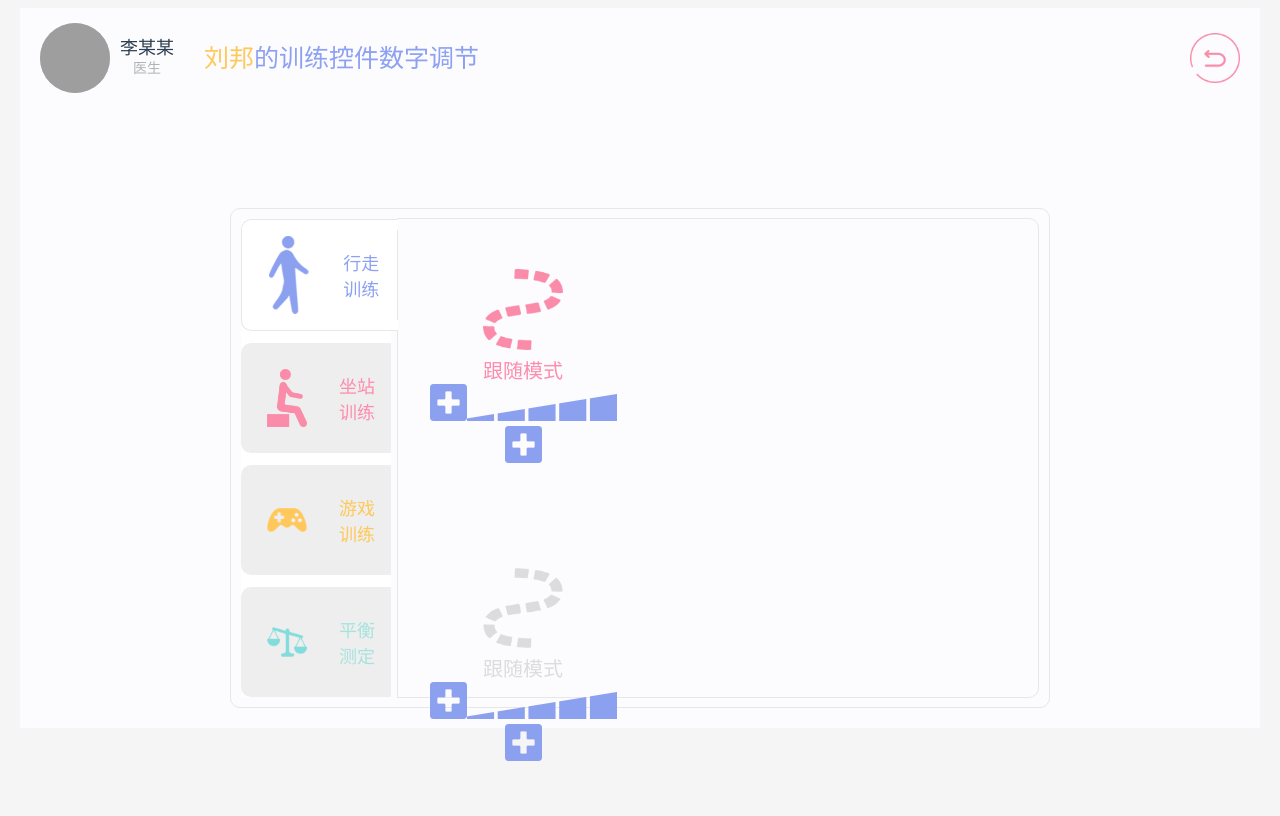
Repository: wangdanqing90/electron-vue-doctor
Page: /#/trainingAdjust
These files come from the project's save history. The page is drawn as it stood at one moment and after a run of saves; the edit follows.
The browser window is 1280 px wide. The pictures show the whole page.
Pictures or frames that could not be fetched are drawn as grey boxes. The project was rebuilt for these pictures with package versions that can differ from the ones it lists, and the page was loaded fresh each time. Also part of the build but not shown: vue.config.js, src/views/Home.vue, src/assets/styles/variable.scss, src/assets/styles/iconfont.css.

Above is the page before, as saved 2020-01-15 11:02:12.

### public/index.html
<!DOCTYPE html>
<html lang="en">
  <head>
    <meta charset="utf-8">
    <meta http-equiv="X-UA-Compatible" content="IE=edge">
    <meta name="viewport" content="width=device-width,initial-scale=1.0">
    <link rel="icon" href="<%= BASE_URL %>favicon.ico">
    <title>electron-vue-demo</title>
  </head>
  <body>
    <noscript>
      <strong>We're sorry but electron-vue-demo doesn't work properly without JavaScript enabled. Please enable it to continue.</strong>
    </noscript>
    <div id="app"></div>
    <!-- built files will be auto injected -->
  </body>
</html>

### src/main.js
import Vue from 'vue'
import ElementUI from 'element-ui';
import 'element-ui/lib/theme-chalk/index.css';
import App from './App.vue'
import router from './router'
import store from './store'


import './assets/styles/variable.scss';
import './assets/styles/base.scss';
import './assets/styles/common.scss';
import './assets/styles/iconfont.css';
import common from './assets/js/common.js';


Vue.config.productionTip = false;
Vue.prototype.common = common;
Vue.use(ElementUI);


var vm = new Vue({
  router,
  store,
  render: h => h(App)
}).$mount('#app')





//var addon = require('bindings')('hello');var addon = require('bindings')('hello');
//alert(addon.hello()); // 'world'

### src/App.vue
<template>
  <div id="app">
    <!-- <div id="nav">
      <router-link to="/">Home</router-link> |
      <router-link to="/about">About</router-link>
    </div>-->
    <keep-alive>
      <router-view v-if="$route.meta.keepAlive"></router-view>
    </keep-alive>
    <router-view v-if="!$route.meta.keepAlive"></router-view>
  </div>
</template>

<style lang="scss">
#app {
  font-family: "Avenir", Helvetica, Arial, sans-serif;
  -webkit-font-smoothing: antialiased;
  -moz-osx-font-smoothing: grayscale;
  text-align: center;
  color: #2c3e50;
  height: 100%;
}
#nav {
  padding: 30px;
  a {
    font-weight: bold;
    color: #2c3e50;
    &.router-link-exact-active {
      color: #42b983;
    }
  }
}
</style>

### src/assets/styles/base.scss
html {
  background: #f5f5f5;
  height: 100%;
}

body {
  height: 100%;
}

p {
  margin: 0;
  padding: 0;
}

ol,
ul {
  list-style: none;
  margin: 0;
  padding: 0;
}

a {
  cursor: pointer;
}

.wrap-white {
  background: #fff;
  padding-left: 20px;
  padding-right: 20px;
  overflow: hidden;

}

.el-breadcrumb {
  margin-bottom: 15px;
}

.el-titleText {
  font-size: 20px;
  color: black;
  height: 64px;
  line-height: 64px;
}

//::-webkit-scrollbar {
//  width: 5px;
//  height: 5px;
//}
//
//::-webkit-scrollbar:horizontal {
//  height: 15px;
//}
//
//::-webkit-scrollbar-track-piece:vertical {
//  background-color: rgba(0, 0, 0, 0.2);
//  -webkit-border-radius: 6px;
//}
//
//::-webkit-scrollbar-track:horizontal {
//  background-color: rgba(0, 0, 0, 0.2);
//}
//
//::-webkit-scrollbar-thumb:vertical {
//  height: 5px;
//  background-color: rgba(125, 125, 125, 0.7);
//  -webkit-border-radius: 6px;
//}
//
//::-webkit-scrollbar-thumb:horizontal {
//  width: 5px;
//  background-color: rgba(125, 125, 125, 0.7);
//}

input[type="text"],
input[type="number"] {
  //-webkit-appearance: none;
  background-color: #fff;
  border-radius: 4px;
  border: 1px solid #d8dce5;
  box-sizing: border-box;
  color: #5a5e66;
  display: inline-block;
  font-size: inherit;
  height: 40px;
  line-height: 1;
  outline: 0;
  padding: 0 15px;
  -webkit-transition: border-color .2s cubic-bezier(.645, .045, .355, 1);
  transition: border-color .2s cubic-bezier(.645, .045, .355, 1);
  width: 100%;

  &:hover {
    border-color: #b4bccc;
  }

  &:focus {
    border-color: #409EFF;
    outline: 0;
  }
}

/*滚动条*/
::-webkit-scrollbar {
  -webkit-appearance: none;
}

::-webkit-scrollbar:vertical {
  width: 10px;
}

::-webkit-scrollbar:horizontal {
  height: 10px;
}

::-webkit-scrollbar-thumb {
  background-color: rgba(0, 0, 0, .5);
  border-radius: 10px;
  border: 2px solid #ffffff;
}

::-webkit-scrollbar-track {
  border-radius: 10px;
  background-color: #ffffff;
}

/*margin*/
.margin-bottom-240 {
  margin-bottom: 240px;
}

.margin-top--10 {
  margin-top: -10px;
}

.margin-top--15 {
  margin-top: -15px;
}

.margin-top--18 {
  margin-top: -18px;
}

.margin-top--20 {
  margin-top: -20px;
}

.margin-top--40 {
  margin-top: -40px;
}

.margin-top--60 {
  margin-top: -60px;
}

.margin-top--80 {
  margin-top: -80px;
}

.margin-top--180 {
  margin-top: -180px;
}

.margin-top-0 {
  margin-top: 0px !important;
}

.margin-top-10 {
  margin-top: 10px;
}

.margin-top-15 {
  margin-top: 15px;
}

.margin-top-20 {
  margin-top: 20px;
}

.margin-top-25 {
  margin-top: 25px;
}

.margin-top-30 {
  margin-top: 30px;
}

.margin-top-35 {
  margin-top: 35px;
}

.margin-top-40 {
  margin-top: 40px;
}

.margin-top-46 {
  margin-top: 46px;
}

.margin-top-50 {
  margin-top: 50px;
}

.margin-top-60 {
  margin-top: 60px;
}

.margin-top-70 {
  margin-top: 70px;
}

.margin-top-80 {
  margin-top: 80px;
}

.margin-top-100 {
  margin-top: 100px;
}

.margin-bottom-0 {
  margin-bottom: 0px !important;
}

.margin-bottom-5 {
  margin-bottom: 5px;
}

.margin-bottom-10 {
  margin-bottom: 20px;
}

.margin-bottom-20 {
  margin-bottom: 20px;
}

.margin-bottom-25 {
  margin-bottom: 25px;
}

.margin-bottom-30 {
  margin-bottom: 30px;
}

.margin-bottom-40 {
  margin-bottom: 40px;
}

.margin-bottom-50 {
  margin-bottom: 50px;
}

.margin-bottom-60 {
  margin-bottom: 60px;
}

.margin-bottom-70 {
  margin-bottom: 70px;
}

.margin-left-0 {
  margin-left: 0px !important;
}

.margin-left-5 {
  margin-left: 5px;
}

.margin-left--15 {
  margin-left: -15px;
}

.margin-left--35 {
  margin-left: -35px;
}

.margin-left-10 {
  margin-left: 10px;
}

.margin-left-25 {
  margin-left: 25px;
}

.margin-left-30 {
  margin-left: 30px;
}

.margin-left-40 {
  margin-left: 40px;
}

.margin-right-0 {
  margin-right: 0px;
}

.margin-right-5 {
  margin-right: 5px;
}

.margin-right-10 {
  margin-right: 10px;
}

.margin-right-30 {
  margin-right: 30px;
}


.margin-right--15 {
  margin-right: -15px;
}

.margin-right--35 {
  margin-right: -35px;
}

.margin-right--50 {
  margin-right: -50px;
}

.margin-0 {
  margin: 0px;
}

.padding-top-5 {
  padding-top: 5px;
}

.padding-top-10 {
  padding-top: 10px;
}

.padding-top-15 {
  padding-top: 15px;
}

.padding-top-20 {
  padding-top: 20px;
}

.padding-top-26 {
  padding-top: 26px;
}

.padding-top-30 {
  padding-top: 30px;
}

.padding-top-35 {
  padding-top: 35px;
}

.padding-top-40 {
  padding-top: 40px;
}

.padding-top-60 {
  padding-top: 60px;
}

.padding-top-70 {
  padding-top: 70px;
}

.padding-top-100 {
  padding-top: 100px;
}

.padding-top-150 {
  padding-top: 150px;
}

.padding-top-250 {
  padding-top: 250px;
}

.padding-left-0 {
  padding-left: 0px;
}

.padding-left-5 {
  padding-left: 5px;
}

.padding-left-7 {
  padding-left: 7.5px;
}

.padding-left-10 {
  padding-left: 10px;
}

.padding-left-12 {
  padding-left: 12px;
}

.padding-left-15 {
  padding-left: 15px;
}

.padding-left-20 {
  padding-left: 20px;
}

.padding-left-24 {
  padding-left: 24px;
}

.padding-left-30 {
  padding-left: 30px;
}

.padding-left-40 {
  padding-left: 40px;
}

.padding-left-50 {
  padding-left: 50px;
}

.padding-left-70 {
  padding-left: 70px;
}

.padding-left-90 {
  padding-left: 90px;
}

.padding-bottom-5 {
  padding-bottom: 5px;
}

.padding-bottom-10 {
  padding-bottom: 10px;
}

.padding-bottom-20 {
  padding-bottom: 20px;
}

.padding-bottom-26 {
  padding-bottom: 26px;
}

.padding-bottom-30 {
  padding-bottom: 30px;
}

.padding-bottom-40 {
  padding-bottom: 40px;
}

.padding-bottom-50 {
  padding-bottom: 50px;
}

.padding-bottom-60 {
  padding-bottom: 60px;
}

.padding-bottom-100 {
  padding-bottom: 100px;
}

.padding-right-0 {
  padding-right: 0px;
}

.padding-right-7 {
  padding-right: 7.5px;
}

.padding-right-15 {
  padding-right: 15px;
}

.padding-right-30 {
  padding-right: 30px;
}

.padding-right-40 {
  padding-right: 40px;
}

.padding-right-50 {
  padding-right: 50px;
}

.padding-right-60 {
  padding-right: 60px;
}

.padding-right-90 {
  padding-right: 90px;
}

.padding-0 {
  padding: 0px !important;
}

.padding-15 {
  padding: 15px;
}

.padding-20 {
  padding: 20px;
}

@media (min-width: 992px) {
  .margin-left-15 {
    margin-left: 15px;
  }

  .margin-right-15 {
    margin-right: 15px;
  }
}

body {
  font-size: 12px;
  color: #7F8FA4;
  font-family: "Helvetica Neue", Helvetica, "PingFang SC", "Hiragino Sans GB", "Microsoft YaHei", "微软雅黑", Arial, sans-serif;
  box-sizing: border-box;
}

.container {
  width: 1200px;
  min-height: 100%;
  margin: 0 auto;
  background: #fcfcfe;
  padding: 0 20px;
}

.el-dialog__body {
  font-size: 12px;
}

.pb10 {
  padding-bottom: 10px;
}

.pb30 {
  padding-bottom: 30px;
}

.mb30 {
  margin-bottom: 30px;
}

.toolbar {
  background: #fff;
  padding: 10px;
  margin: 10px 0px;
  text-align: center;
}

.handleMoreWrap .el-dialog__body {
  padding: 10px;
}

.handleMore-title {
  text-align: center;
  padding-bottom: 6px;
}

.handleMoreHeight {
  max-height: 300px;
  overflow: hidden;
  overflow-y: auto;
  border-top: 1px solid #ddd;
  padding-top: 10px;
}

.el-table__header th {
  white-space: nowrap;
  font-size: 12px;
  font-weight: 100;
}

.content-wrapper {
  -webkit-overflow-scrolling: touch;
}

.center {
  text-align: center;
}

.text-right {
  text-align: right;
}

.text-left {
  text-align: left;
}

.f-left {
  float: left;
}

.f-right {
  float: right;
}

.hand {
  cursor: pointer;
}

/*flex兼容*/
.display_flex {
  display: -webkit-box;
  display: -ms-flexbox;
  display: -webkit-flex;
  display: flex;
}

// .display_flex>* {
//   display: block;
// }

.display_inline-flex {
  display: -webkit-inline-box;
  display: -ms-inline-flexbox;
  display: -webkit-inline-flex;
  display: inline-flex;
}

// .display_inline-flex>* {
//   display: block;
// }

/*伸缩流方向*/
.flex-direction_column {
  -webkit-box-orient: vertical;
  -ms-flex-direction: column;
  -webkit-flex-direction: column;
  flex-direction: column;
}

/*主轴对齐*/
.justify-content_flex-center {
  -webkit-box-pack: center;
  -ms-flex-pack: center;
  -webkit-justify-content: center;
  justify-content: center;
}

.justify-content_flex-start {
  -webkit-box-pack: start;
  -ms-flex-pack: start;
  -webkit-justify-content: flex-start;
  justify-content: flex-start;
}

.justify-content_flex-end {
  -webkit-box-pack: end;
  -ms-flex-pack: end;
  -webkit-justify-content: flex-end;
  justify-content: flex-end;
}

.justify-content_flex-justify {
  -webkit-box-pack: justify;
  -ms-flex-pack: justify;
  -webkit-justify-content: space-between;
  justify-content: space-between;
}

.justify-content_flex-around {
  -webkit-box-pack: justify;
  -ms-flex-pack: justify;
  -webkit-justify-content: space-around;
  justify-content: space-around;
}

/*侧轴对齐*/
.align-items_flex-start {
  -webkit-box-align: start;
  -ms-flex-align: start;
  -webkit-align-items: flex-start;
  align-items: flex-start;
}

.align-items_flex-end {
  -webkit-box-align: end;
  -ms-flex-align: end;
  -webkit-align-items: flex-end;
  align-items: flex-end;
}

.align-items_center {
  -webkit-box-align: center;
  -ms-flex-align: center;
  -webkit-align-items: center;
  align-items: center;
}

.align-items_baseline {
  -webkit-box-align: baseline;
  -ms-flex-align: baseline;
  -webkit-align-items: baseline;
  align-items: baseline;
}

/*伸缩性*/
.flex_auto {
  -webkit-box-flex: 1;
  -ms-flex: auto;
  -webkit-flex: auto;
  flex: auto;
}

.flex_1 {
  width: 0;
  -webkit-box-flex: 1;
  -ms-flex: 1;
  -webkit-flex: 1;
  flex: 1;
}

/*显示顺序*/
.order_2 {
  -webkit-box-ordinal-group: 2;
  -ms-flex-order: 2;
  -webkit-order: 2;
  order: 2;
}

.order_3 {
  -webkit-box-ordinal-group: 3;
  -ms-flex-order: 3;
  -webkit-order: 3;
  order: 3;
}

### src/assets/styles/common.scss
.clearfix {

  &::after {
    display: block;
    height: 0;
    content: ".";
    clear: both;
    visibility: hidden;
  }
}

.float-left {
  float: left;
}

.float-right {
  float: right;
}

.align-left {
  text-align: left;
}

.align-right {
  text-align: right;
}

.small-size {
  font-size: 12px !important;
}

.large-size {
  font-size: 16px !important;
}

.New-elFrom {
  padding: 10px;
  background: #fff;

  .el-form-item {
    margin-bottom: 0;
  }

  .el-form-item__label {
    padding: 0;
    line-height: 30px;
    font-size: 12px;
    color: #7F8FA4;

  }

  .el-form-item__content-btn {
    text-align: center;
    padding: 20px 0 10px;
  }

  .el-select {
    display: block;
  }

  .el-date-editor.el-input,
  .el-input-number--medium {
    width: 100%;
  }
}

.el-radio-group {
  display: flex;
  display: -webkit-flex;
}

.el-radio-group .el-radio-button {
  flex: 1;
}



.el-button.purple,
.el-button.purple:active,
.el-button.purple:focus,
.el-button.purple:hover {
  color: white;
  background-color: #8c69e7;
  border: none;
  box-shadow: 0 2px 12px 0 rgba(240, 240, 240, 0.1)
}



.el-dialog {
  border-radius: 10px;

  .el-dialog__body {
    .purple {
      color: $purpleFontColor;
      font-size: 20px;
    }
  }
}

.el-form-item__label {
  color: $purpleFontColor;
}

.el-message-box .el-message-box__content {
  color: $purpleFontColor;
  font-size: 20px;
  margin: 30px 0;
  text-align: center;
}

.purpleFontColor {
  color: $purpleFontColor;
}

.pinkFontColor {
  color: $pinkFontColor;
}

.greenFontColor {
  color: $greenFontColor;
}

.yellowFontColor {
  color: $yellowFontColor;
}

### src/assets/js/common.js
1
export default {
    login: function () {
        console.log("1111");
    },

    // 判断是否为空
    isNullOrBlank: function (strJudge) {
        return strJudge === null || strJudge === undefined || strJudge === '';
    },

    // 计算两个日期时间差
    DateDiff: function (sDate1, sDate2) { // sDate1和sDate2是2002-12-18格式
        var aDate, oDate1, oDate2, iDays
        aDate = sDate1.split('-')
        oDate1 = new Date(aDate[1] + '-' + aDate[2] + '-' + aDate[0])
        aDate = sDate2.split('-')
        oDate2 = new Date(aDate[1] + '-' + aDate[2] + '-' + aDate[0])
        iDays = parseInt(Math.abs(oDate1 - oDate2) / 1000 / 60 / 60 / 24)
        return iDays
    }
}

### src/views/TrainingAdjust/TrainingAdjust.vue
/* eslint-disable vue/no-unused-vars */
<template>
  <div class="container">
    <HeaderDoctor :leftImg="leftImg" :title="title" :titleName="titleName">
      <template v-slot:right>
        <div class="header-right-div display_flex justify-content_flex-center align-items_center">
          <img src="@/../images/back.png" @click="backClick" />
        </div>
      </template>
    </HeaderDoctor>

    <div class="inform-container">
      <div class="inform-inner display_flex justify-content_flex-justify align-items_center">
        <div
          class="left display_inline-flex flex-direction_column justify-content_flex-justify align-items_center"
        >
          <div
            class="left-inner"
            :class="activeClass == index ? 'active':''"
            v-for="(item,index) in tagList"
            :key="index"
            @click="getItem(index)"
          >
            <div
              class="left-inner-inner display_flex justify-content_flex-around align-items_center"
            >
              <img :src="item.imgsrc" />
              <div :class="item.colorClass">
                <div>{{item.name}}</div>
                <div>{{item.namebottom}}</div>
              </div>
            </div>
          </div>
        </div>
        <div class="right">
          <div
            class="adjust-container"
            :class="activeRightClass == index ? item.colorClass:''"
            v-for="(item,index) in adjustList"
            :key="index"
            @click="selectClick(index)"
          >
            <div class="top">
              <img :src="item.activeRightClass?item.selectedImg:item.unselectedImg" />
              <div>{{item.title}}</div>
            </div>
            <div class="bottom">
              <Adjust></Adjust>
            </div>
          </div>
        </div>
      </div>
    </div>
  </div>
</template>

<script>
import HeaderDoctor from "@/components/HeaderDoctor/HeaderDoctor.vue";
import Adjust from "@/components/Adjust/Adjust.vue";

export default {
  name: "trainingPlan",
  components: {
    HeaderDoctor,
    Adjust
  },

  data() {
    return {
      leftImg: "",
      activeClass: 0,
      activeRightClass: 0,
      tagList: [
        {
          name: "行走",
          namebottom: "训练",
          id: 1,
          imgsrc: require("@/../images/walkingtraining.png"),
          colorClass: "purpleFontColor"
        },
        {
          name: "坐站",
          namebottom: "训练",
          id: 2,
          imgsrc: require("@/../images/stationtraining.png"),
          colorClass: "pinkFontColor"
        },
        {
          name: "游戏",
          namebottom: "训练",
          id: 3,
          imgsrc: require("@/../images/gametraining.png"),
          colorClass: "yellowFontColor"
        },
        {
          name: "平衡",
          namebottom: "测定",
          id: 4,
          imgsrc: require("@/../images/balancedetermination.png"),
          colorClass: "greenFontColor"
        }
      ],
      adjustList: [
        {
          selectedImg: require("@/../images/followmode_0.png"),
          unselectedImg: require("@/../images/followmode_2.png"),
          title: "跟随模式",
          width: "210px",
          colorClass: "pinkFontColor",
          activeRightClass: true
        },
        {
          selectedImg: require("@/../images/followmode_0.png"),
          unselectedImg: require("@/../images/followmode_2.png"),
          title: "跟随模式",
          width: "210px",
          colorClass: "pinkFontColor",
          activeRightClass: false
        }
      ]
    };
  },
  created() {
    this.leftImg = require("../../../images/logo.png");
    this.title = "的训练控件数字调节";
    this.titleName = "刘邦";
  },
  methods: {
    backClick() {
      this.$router.go(-1);
    },
    getItem(index) {
      this.activeClass = index; // 把当前点击元素的index，赋值给activeClass
    },
    selectClick(index) {
      this.activeRightClass = index; // 把当前点击元素的index，赋值给activeClass
    }
  },
  watch: {}
};
</script>

<style scoped lang="scss">
.header {
  .header-right {
    img {
      width: 50px;
      margin-left: 20px;
    }
  }
}
.inform-container {
  box-sizing: border-box;
  margin: 100px auto;
  height: 500px;
  font-size: 12px;
  border-radius: 10px;
  border: 1px solid #e7e7e7;
  width: 820px;

  .inform-inner {
    box-sizing: border-box;
    padding: 10px;
    height: 100%;
    font-size: 18px;
    .left {
      width: 150px;
      background: white;
      height: 100%;
      z-index: 10;
      .left-inner {
        width: 100%;
        border-radius: 10px 0 0 10px;
        background: #eeeeee;
        .left-inner-inner {
          height: 90px;
          margin: 10px 0 10px 10px;
        }
        img {
          width: 40px;
        }
      }
      .active {
        background: white;
        border-top: 1px solid #e7e7e7;
        border-left: 1px solid #e7e7e7;
        border-bottom: 1px solid #e7e7e7;
        width: 156px;
        margin-right: -6px;
        .left-inner-inner {
          border-right: 1px solid #e7e7e7;
        }
      }
    }
    .right {
      width: 640px;
      height: 100%;
      border-top: 1px solid #e7e7e7;
      border-right: 1px solid #e7e7e7;
      border-bottom: 1px solid #e7e7e7;
      border-left: 1px solid #e7e7e7;
      border-radius: 0 10px 10px 0;
      color: #dcdcdc;
      .adjust-container {
        width: 210px;
        padding: 50px 20px;
        .purpleFontColor {
          color: $purpleFontColor;
        }

        .pinkFontColor {
          color: $pinkFontColor;
        }

        .greenFontColor {
          color: $greenFontColor;
        }

        .yellowFontColor {
          color: $yellowFontColor;
        }
        .top {
          font-size: 20px;
          img {
            width: 80px;
          }
        }
      }
    }
  }
}
</style>

### src/components/HeaderDoctor/HeaderDoctor.vue
// 头部组件
<template>
  <el-row>
    <el-col :span="24" class="header">
      <div
        @click="jumpDoctorInform"
        class="header-left f-left display_flex justify-content_flex-center align-items_center"
      >
        <el-avatar
          :size="70"
          src="https://cube.elemecdn.com/0/88/03b0d39583f48206768a7534e55bcpng.png"
        ></el-avatar>
        <div
          class="display_flex flex-direction_column justify-content_flex-center align-items_center margin-left-10"
        >
          <div class="name">李某某</div>
          <div class="job">医生</div>
        </div>
      </div>
      <div class="header-middle-name f-left">{{titleName}}</div>
      <div class="header-middle f-left">{{title}}</div>

      <div class="header-right f-right">
        <slot name="right"></slot>
      </div>
    </el-col>
  </el-row>
</template>

<script>
export default {
  name: "HeaderDoctor",
  props: {
    msg: String,
    leftImg: {
      type: String,
      default: "../../../images/logo.png"
    },
    title: { String, default: "" },
    titleName: { String, default: "" }
  },

  data() {
    return {};
  },

  created() {},
  beforeDestroy() {},
  beforeMount() {},
  mounted() {},
  destroyed() {},
  methods: {
    jumpDoctorInform() {
      this.$router.push({
        path: "/detailInform",
        name: "detailInform",
        query: { type: "doctor" }
      });
    }
  }
};
</script>

<style scoped lang="scss">
.header {
  height: 100px;
  line-height: 100px;
  .header-left {
    height: 100%;
    text-align: left;
    margin-right: 30px;
    img {
      width: 150px;
    }
    .name {
      height: 20px;
      line-height: 20px;
      font-size: 18px;
    }
    .job {
      height: 20px;
      line-height: 20px;
      font-size: 14px;
      color: #b0b3b9;
    }
  }
  .header-middle-name {
    font-size: 25px;

    color: $yellowFontColor;
  }
  .header-middle {
    font-size: 25px;

    color: $purpleFontColor;
  }
  .header-right {
    height: 100%;
  }
}

::v-deep .header-right-div {
  height: 100%;
}
</style>

### src/components/Adjust/Adjust.vue
// 调节组件
<template>
  <el-row>
    <el-col :span="24" class="adjust">
      <div class>
        <img class="left" src="@/../images/add_1.png" />
        <img class="middle" src="@/../images/blue_5.png" />
        <img class="right" src="@/../images/add_1.png" />
      </div>
    </el-col>
  </el-row>
</template>

<script>
export default {
  name: "Adjust",
  props: {
    msg: String,
    leftImg: {
      type: String,
      default: "../../../images/logo.png"
    },
    title: { String, default: "" }
  },

  data() {
    return {};
  },

  created() {},
  beforeDestroy() {},
  beforeMount() {},
  mounted() {},
  destroyed() {},
  methods: {}
};
</script>

<style scoped lang="scss">
</style>

Loaded but not shown: src/store.js (common file); src/router.js (99 lines, source omitted)

After the next 3 saves:
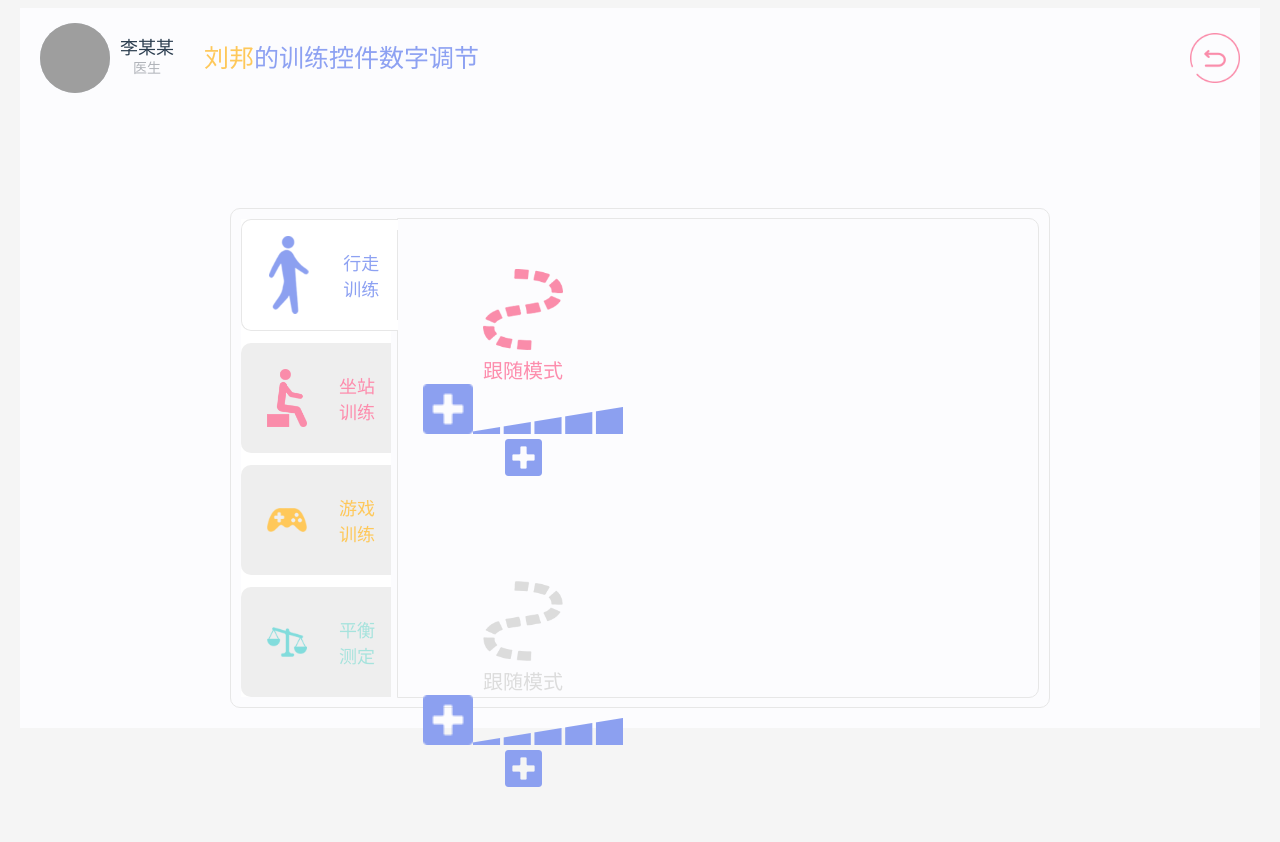
The 3 saves are shown as one change because 2 did not build or start.
The last was saved 52 s later.
--- a/src/components/Adjust/Adjust.vue
+++ b/src/components/Adjust/Adjust.vue
@@ -37,4 +37,9 @@ export default {
 </script>
 
 <style scoped lang="scss">
+.adjust {
+  .left {
+    width: 50px;
+  }
+}
 </style>
